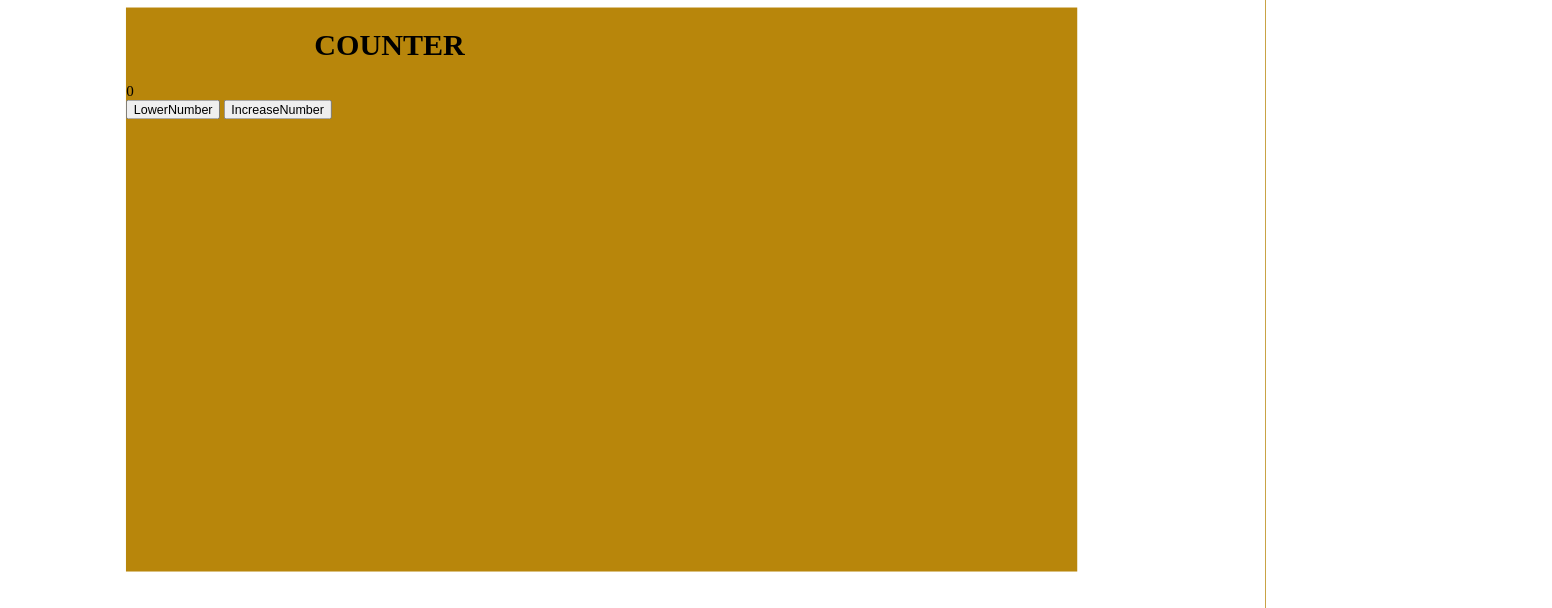
Repository: Sgalstyan06/counterNum
Page: index.html
The author's editor kept a copy of each file at every save. The page is drawn from the files as they stood at one save, then again after a run of saves.
The browser window is 1280 px wide. The page is 1346 px wide, then 1651 px, so the pictures cover 1651 px, including what lies to the right of the window. The pictures show the whole page, at 94% of full size.

Above is the page before, as saved 2022-02-14 16:48:50.

After the next 5 saves:
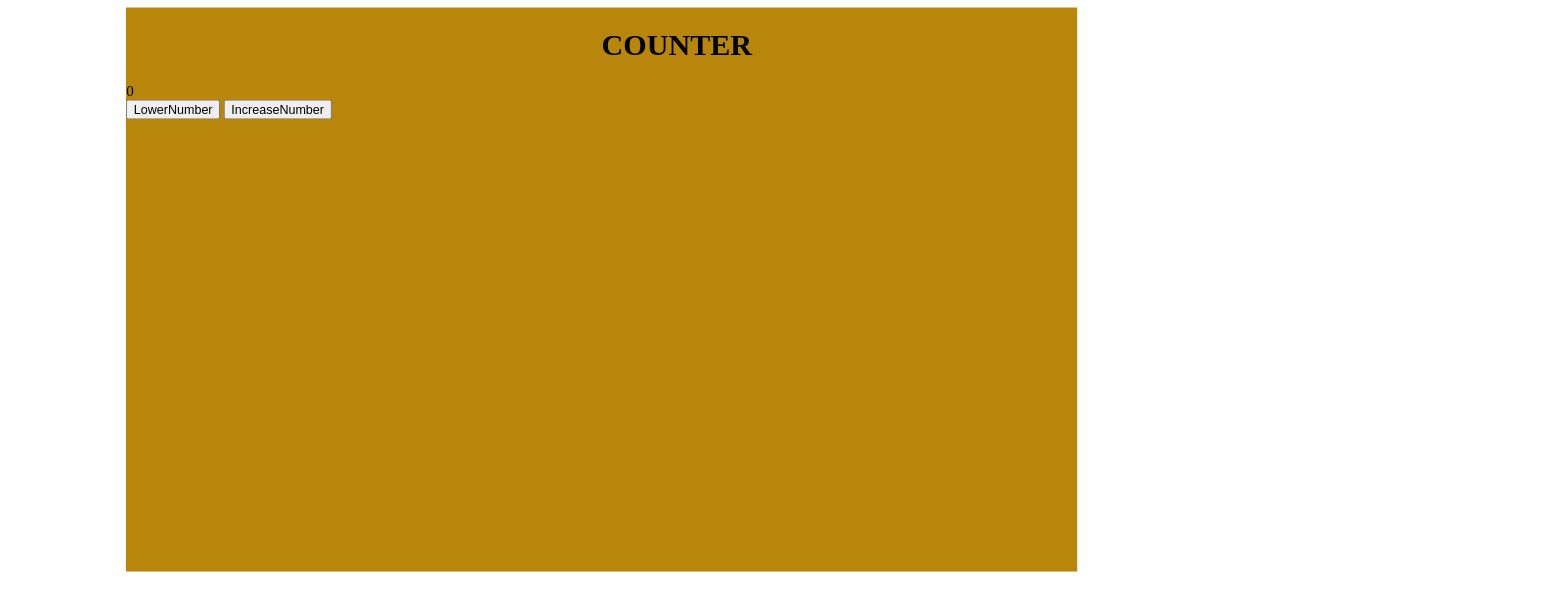
The 5 saves are shown as one change because they came seconds apart.
The last was saved 21 s later.
--- a/style.css
+++ b/style.css
@@ -8,5 +8,5 @@
 }
 h1{
     width: 100%;
-   padding-left: 200px;
+   padding-left: 50%;
 }
